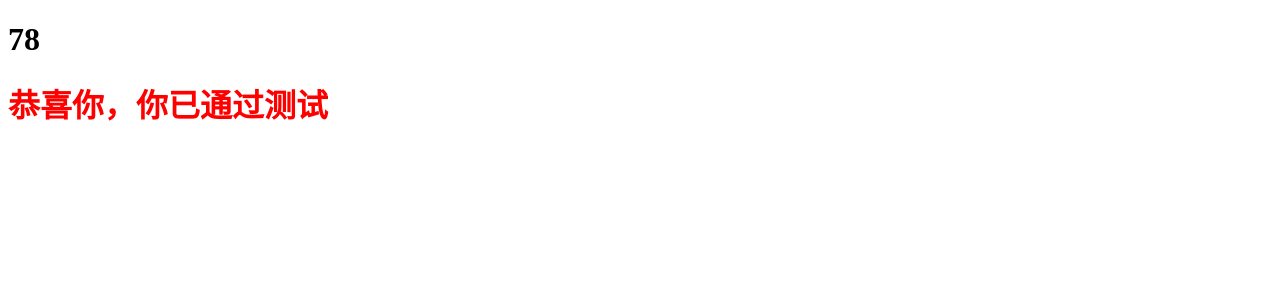
Repository: linqinyun/JavaCode
Page: http://localhost/jstl/jstl
These files come from the project's save history. The page is drawn as it stood at one moment and after the next save; the edit follows.
The browser window is 1280 px wide. The pictures show the whole page.
The page is served by Tomcat 9. Other server files are loaded and not shown.

Above is the page before, as saved 2020-11-16 07:04:16.

### jstl/WebContent/core.jsp
<%@ page language="java" contentType="text/html; charset=UTF-8"
    pageEncoding="UTF-8"%>
<%@ taglib uri = "http://java.sun.com/jsp/jstl/core" prefix="c" %>
<!DOCTYPE html>
<html>
<head>
<meta charset="UTF-8">
<title>Insert title here</title>
</head>
<body>
	<h1>${requestScope.score }</h1>
	<h1 style="color:red">恭喜你，你已通过测试</h1>
</body>
</html>

### jstl/src/pers/java/jstl/Jstl.java
package pers.java.jstl;

import java.io.IOException;
import javax.servlet.ServletException;
import javax.servlet.annotation.WebServlet;
import javax.servlet.http.HttpServlet;
import javax.servlet.http.HttpServletRequest;
import javax.servlet.http.HttpServletResponse;

/**
 * Servlet implementation class Jstl
 */
@WebServlet("/jstl")
public class Jstl extends HttpServlet {
	private static final long serialVersionUID = 1L;

    /**
     * @see HttpServlet#HttpServlet()
     */
    public Jstl() {
        super();
        // TODO Auto-generated constructor stub
    }

	/**
	 * @see HttpServlet#doGet(HttpServletRequest request, HttpServletResponse response)
	 */
	protected void doGet(HttpServletRequest request, HttpServletResponse response) throws ServletException, IOException {
		request.setAttribute("score", 78);
		request.setAttribute("grade", "B");
		request.getRequestDispatcher("/core.jsp").forward(request, response);
	}

}

After the next save:
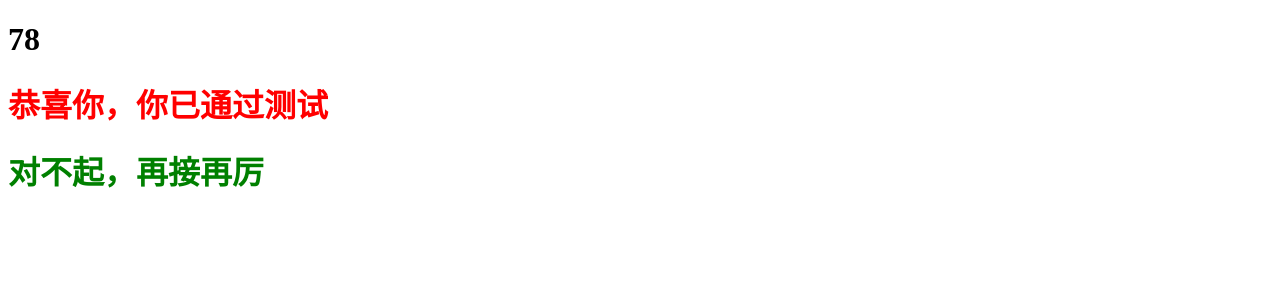
Saved 25 s later.
--- a/jstl/WebContent/core.jsp
+++ b/jstl/WebContent/core.jsp
@@ -10,5 +10,6 @@
 <body>
 	<h1>${requestScope.score }</h1>
 	<h1 style="color:red">恭喜你，你已通过测试</h1>
+	<h1 style="color:green">对不起，再接再厉</h1>
 </body>
 </html>
